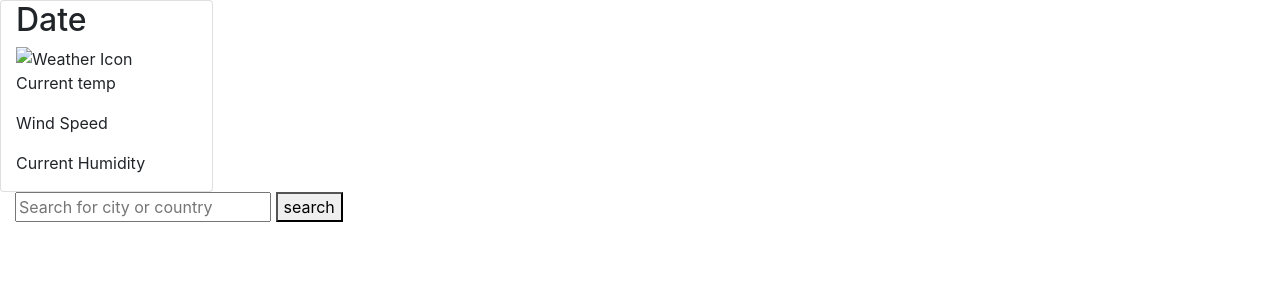
Repository: cobalt88/weather-forecast-app
Page: index.html
An editor plug-in stored every save of this project. The page is shown before and after the next save, followed by the edit.
The browser window is 1280 px wide. The pictures show the whole page.
The page's requests for data from a server got no answer. Some web libraries are served in a nearby version.

Above is the page before, as saved 2022-04-02 17:19:55.

### index.html
<!DOCTYPE html>
<html lang="en">
<head>
  <meta charset="UTF-8">
  <meta http-equiv="X-UA-Compatible" content="IE=edge">
  <meta name="viewport" content="width=device-width, initial-scale=1.0">
  <link
  rel="stylesheet"
  href="https://stackpath.bootstrapcdn.com/bootstrap/4.3.1/css/bootstrap.min.css"
/>
<link
  rel="stylesheet"
  href="https://use.fontawesome.com/releases/v5.8.1/css/all.css"
  integrity="sha384-50oBUHEmvpQ+1lW4y57PTFmhCaXp0ML5d60M1M7uH2+nqUivzIebhndOJK28anvf"
  crossorigin="anonymous"
/>
<link
  href="https://fonts.googleapis.com/css?family=Open+Sans&display=swap"
  rel="stylesheet"
/>
  <title>Document</title>
</head>
<body>
  <header></header>
  <section id="current-day"></section>
  <section id="5-day-container">

    <div id="forecast" class="card col-2">
      <h2 id="date">Date</h2>
      <img alt="Weather Icon">
      <p id="temp">Current temp</p>
      <p id="wind">Wind Speed</p>
      <p id="humidity">Current Humidity</p>

    </div>


  </section>

  <aside class="col-xl-4 col-lg-4 col-md-4 col-sm-4 col-4">
    <input type="text" id="searchInput" placeholder="Search for city or country">
    <button type= 'button' id="search-button">search</button>
    <ul id="city-list"></ul>
  </aside>
  <script src="https://code.jquery.com/jquery-3.4.1.min.js"></script>
  <script src="logic.js"></script>
</body>
</html>

### logic.js
var buttonContainerEl = document.querySelector('#city-list');
var dataArr = [];
var currentLocationArr = [];
var searchLocationArr = [];
var forecastArr = [];
var input = document.getElementById('searchInput');

$("#search-button").on("click", function () {
  let text = $(this).siblings("#searchInput").val();
  console.log(text)
  var searchUrl = `http://dataservice.accuweather.com/locations/v1/cities/search?apikey=%09WRy7rAgeG9pkGPZlac8sWxk9sXswNaMI&q=${text}}`
  fetch(searchUrl)
    .then(function(response) {
      return response.json();
    })
    .then(function(searchLocation) {
      currentLocationArr.push(searchLocation);
    })
    .then(function(){
      console.log(searchLocationArr);
    })

  })


function getLocation() {
  var requestLocationUrl = 'http://dataservice.accuweather.com/locations/v1/cities/ipaddress?apikey=WRy7rAgeG9pkGPZlac8sWxk9sXswNaMI&q=199.231.175.194'
  fetch(requestLocationUrl)
  .then(function(response){
    return response.json();
  })
  .then(function(currentLocation) {
    currentLocationArr.push(currentLocation);
  })
  .then(function(localForecast) {
    var localKey = currentLocationArr[0].Key;
    var searchUrl = `http://dataservice.accuweather.com/locations/v1/cities/search?apikey=%09WRy7rAgeG9pkGPZlac8sWxk9sXswNaMI&q=${localKey}}`
    fetch(searchUrl)
      .then(function(response) {
        return response.json();
      })
      .then(function(location) {
        // console.log(location);
        // searchLocationArr.push(searchLocation)
      })
  })




};


function getCityList() {
var requestUrl = "http://dataservice.accuweather.com/locations/v1/topcities/150?apikey=%09WRy7rAgeG9pkGPZlac8sWxk9sXswNaMI";
fetch(requestUrl)
  .then(function(response){
  return response.json();
})
.then(function(cityData){
  for (var i = 0; i < cityData.length; i++) {
    var location = document.createElement('li')
    location.textContent = `${cityData[i].EnglishName}, ${cityData[i].Country.EnglishName}`;
    buttonContainerEl.appendChild(location)
    location.setAttribute('class', 'list-group-item ')
    location.setAttribute('id', `${cityData[i].EnglishName}-${cityData[i].Country.EnglishName}` )
    dataArr.push(cityData[i]);
  }
});
};

function forecastDisplayHandler () {
for (var i = 0; i < forecastArr.length; i++) {

}

}



// function search() {
//   var filter = input.value.toLowerCase();
//   var ul = document.getElementById('city-list');
//   var li = document.getElementsByTagName('li');

//   for (let i = 0; i < li.length; i++) {
//     a = li[i].getElementsByTagName("a")[0];
//     txtValue = li.textContent || li.innerText;
//     if (txtValue.toLowerCase().indexOf(filter) > -1) {
//       li[i].style.display = "";
//     } else {
//       li[i].style.display = "none";
//     }
//   }

// }

getLocation();
getCityList();
// console.log(currentLocationArr);

### style.css
.card {
  background-color: rgb(65, 65, 85);
  color: aliceblue;

}

After the next save:
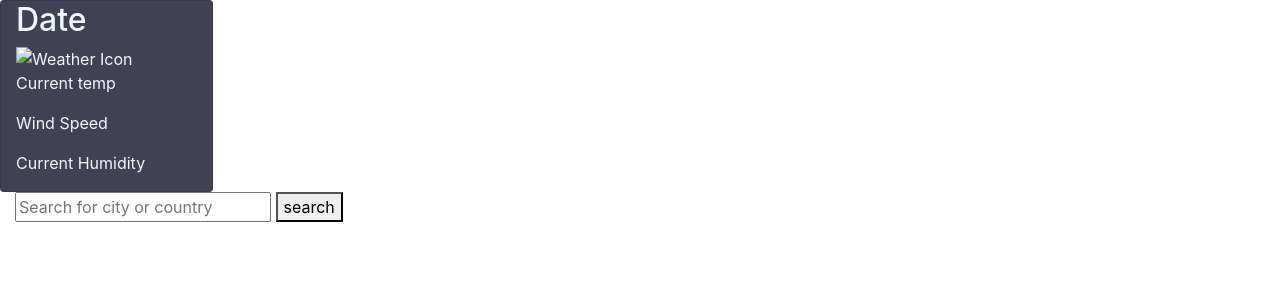
Saved 69 s later.
--- a/index.html
+++ b/index.html
@@ -18,6 +18,8 @@
   href="https://fonts.googleapis.com/css?family=Open+Sans&display=swap"
   rel="stylesheet"
 />
+
+<link href="/style.css" rel="stylesheet">
   <title>Document</title>
 </head>
 <body>
